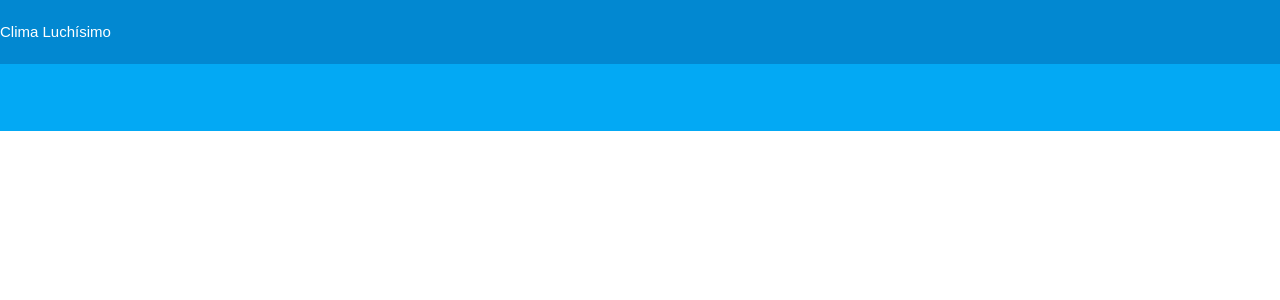
Repository: lmencos/clima
Page: /
The author's editor kept a copy of each file at every save. The page is drawn from the files as they stood at one save, then again after the next save.
The browser window is 1280 px wide. The pictures show the whole page.
The project was rebuilt for these pictures with package versions that can differ from the ones it lists, and the page was loaded fresh each time.

Above is the page before, as saved 2020-09-17 18:55:19.

### public/index.html
<!DOCTYPE html>
<html lang="en">
  <head>
    <meta charset="utf-8" />
    <link rel="icon" href="%PUBLIC_URL%/favicon.ico" />
    <meta name="viewport" content="width=device-width, initial-scale=1" />
    <meta name="theme-color" content="#000000" />
    <meta
      name="description"
      content="Web site created using create-react-app"
    />
    <link rel="apple-touch-icon" href="%PUBLIC_URL%/logo192.png" />
    <!--
      manifest.json provides metadata used when your web app is installed on a
      user's mobile device or desktop. See https://developers.google.com/web/fundamentals/web-app-manifest/
    -->
    <link rel="manifest" href="%PUBLIC_URL%/manifest.json" />
    <!--
      Notice the use of %PUBLIC_URL% in the tags above.
      It will be replaced with the URL of the `public` folder during the build.
      Only files inside the `public` folder can be referenced from the HTML.

      Unlike "/favicon.ico" or "favicon.ico", "%PUBLIC_URL%/favicon.ico" will
      work correctly both with client-side routing and a non-root public URL.
      Learn how to configure a non-root public URL by running `npm run build`.
    -->
    <title>Clima Luchísimo</title>
    <link rel="stylesheet"
          href="https://cdnjs.cloudflare.com/ajax/libs/materialize/1.0.0/css/materialize.min.css">
  </head>
  <body>
    <noscript>You need to enable JavaScript to run this app.</noscript>
    <div id="root"></div>
    <!--
      This HTML file is a template.
      If you open it directly in the browser, you will see an empty page.

      You can add webfonts, meta tags, or analytics to this file.
      The build step will place the bundled scripts into the <body> tag.

      To begin the development, run `npm start` or `yarn start`.
      To create a production bundle, use `npm run build` or `yarn build`.
    -->
    <script src="https://cdnjs.cloudflare.com/ajax/libs/materialize/1.0.0-rc.2/js/materialize.min.js"></script>
  <script>
    document.addEventListener('DOMContentLoaded', function() {
        var elementos = document.querySelectorAll('select');
      M.FormSelect.init(elementos);
    });
  </script>
  </body>
</html>

### src/index.css

body {
  margin: 0;
  padding: 0;
  font-family: sans-serif;
}
nav .brand-logo {
  display: block;
  text-align: center;
  position: relative;
}
.input-field label {
  color: white;
}

.input-field input[type=text]:focus + label {
  color: white;
}

.input-field input[type=text]:focus {
  border-bottom: 1px solid white;
  box-shadow: 0 1px 0 0 #000;
}

input[type=text]:not(.browser-default) {
  border-bottom: 1px solid white;
  color: white;
}
input[type=text]:not(.browser-default):focus:not([readonly]) {
  border-bottom: 1px solid white;
  -webkit-box-shadow: 0 1px 0 0 white;
  box-shadow: 0 1px 0 0 white;
}
input[type=text]:not(.browser-default):focus:not([readonly]) + label {
  color: white;
}

.contenedor-form {
  padding: 3rem 0 1px 0;
  background-color: #03a9f4;
}
.mensaje {
  text-align: center;
  font-size: 2rem;
}
.buscador i {
  width: 100%;
}
.error {
  padding: 1rem!important;
  color:white;
  margin-top: 3rem;
  text-align: center;
  text-emphasis: left;
}
.card-panel h2 {
  font-size: 1.6rem;
  text-align: center;
}
.card-panel p {
  text-align: center;
  font-size: 1.4rem;
}
.temperatura {
  font-size: 4rem!important
}
.temperatura span {
  font-size: 2rem!important;
  vertical-align: super;
}

.btn-block {
  display: block!important;
}

.error {
  padding: 1rem!important;
  text-align: center!important;
  color: #FFF!important;
}

### src/App.js
import React, { Fragment } from 'react';
import Header from './components/Header';

function App() {
  return (
    <Fragment>
      <Header
        titulo='Clima Luchísimo'
      />
      <div className="contenedor-form" >
        <div className="container" >
          <div className="row" >
            <div className="col m6 s12" >

            </div>

          </div>
        </div>

      </div>
    </Fragment>
  );
}

export default App;

### src/components/Header.js
import React from 'react';

const Header = ({ titulo }) => {
  return (
    <nav>
      <div className="nav-wrapper light-blue darken-2" >
        <a href="#!">{titulo}</a>
      </div>
    </nav>
   );
}

export default Header;

Loaded but not shown: src/index.js (common file); src/serviceWorker.js (common file)

After the next save:
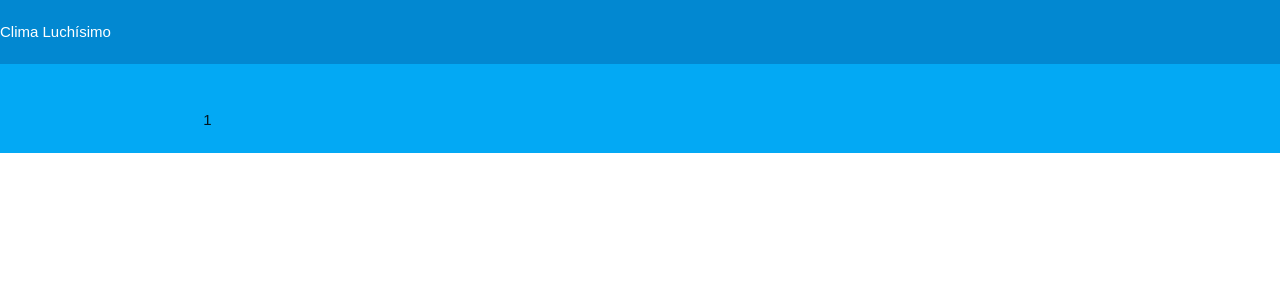
Saved 14 s later.
--- a/src/App.js
+++ b/src/App.js
@@ -11,7 +11,7 @@ function App() {
         <div className="container" >
           <div className="row" >
             <div className="col m6 s12" >
-
+              1
             </div>
 
           </div>
